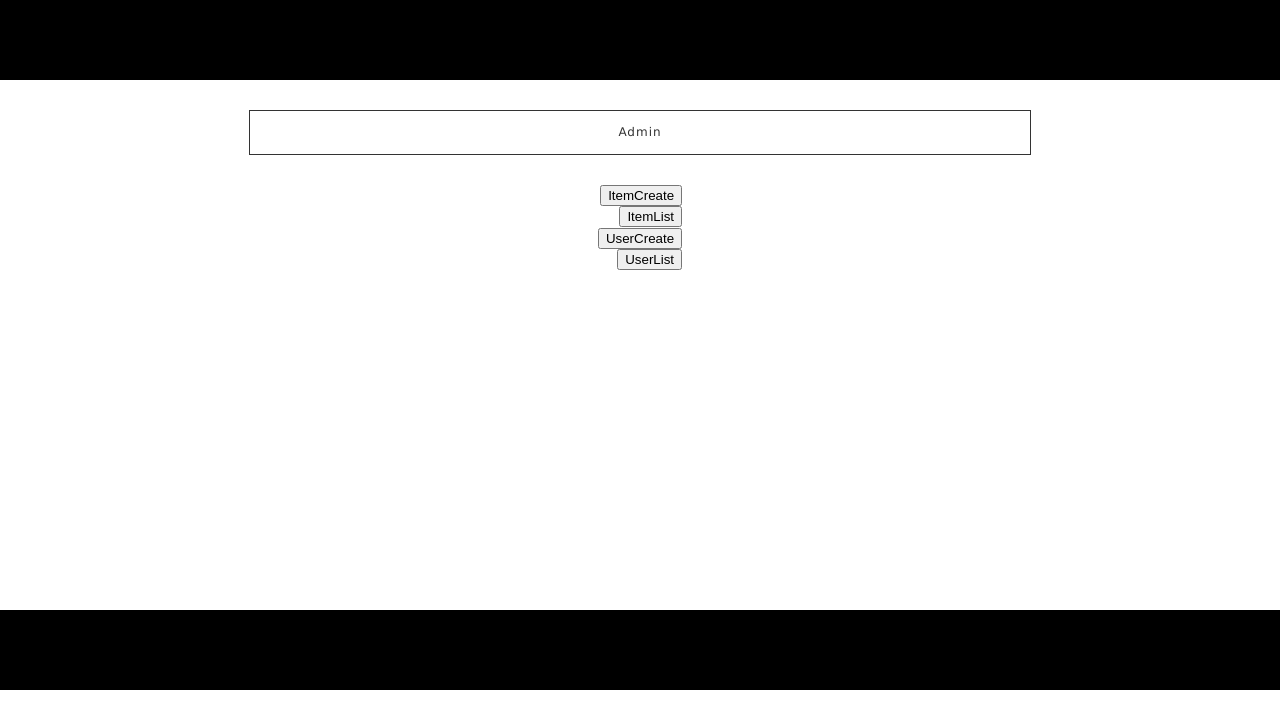
Repository: user-yo-yo/test
Page: http://localhost/ecsite2/admin.jsp
An editor plug-in stored every save of this project. The page is shown before and after the next save, followed by the edit.
The browser window is 1280 px wide. The pictures show the whole page.
The page is served by Tomcat 9. Other server files are loaded and not shown.

Above is the page before, as saved 2019-03-22 05:29:17.

### ecsite2/WebContent/admin.jsp
<%@ page language="java" contentType="text/html; charset=UTF-8"
	pageEncoding="UTF-8"%>
<%@ taglib prefix="s" uri="/struts-tags"%>
<!DOCTYPE html>
<html>
<head>
<meta http-equiv="Content-Type" content="text/html; charset=UTF-8" />
<meta http-equiv="Content-Style-Type" content="text/css" />
<meta http-equiv="Content-Script-Type" content="text/javascript" />
<meta http-equiv="imagetoolbar" content="no" />
<meta name="description" content="" />
<meta name="keywords" content="" />
<title>Admin画面</title>

<style type="text/css">
/* ========TAG LAYOUT======== */
body {
	margin: 0;
	padding: 0;
	line-height: 1.6;
	letter-spacing: 1px;
	font-family: Verdana, Helvetica, sans-serif;
	font-size: 12px;
	color: #333;
	background: #fff;
}

table {
	text-align: center;
	margin: 0 auto;
}

/* ========ID LAYOUT======== */
#top {
	width: 780px;
	margin: 30px auto;
	border: 1px solid #333;
}

#header {
	width: 100%;
	height: 80px;
	background-color: black;
}

#main {
	width: 100%;
	height: 500px;
	text-align: center;
}

#footer {
	width: 100%;
	height: 80px;
	background-color: black;
	clear: both;
}

#text-center {
	display: inline-block;
	text-align: center;
}
</style>

</head>
<body>
	<div id="header">
		<div id="pr"></div>
	</div>
	<div id="main">
		<div id="top">
			<p>Admin</p>
		</div>
		<div id="text-center">
<%-- 		<s:form action="ItemCreateAction"> --%>
				<s:submit value="ItemCreate" />
<%-- 		</s:form> --%>
<%-- 		<s:form action="ItemListAction"> --%>
				<s:submit value="ItemList" />
<%-- 		</s:form> --%>
<%-- 		<s:form action="UserCreateAction"> --%>
				<s:submit value="UserCreate" />
<%-- 		</s:form> --%>
<%-- 		<s:form action="UserListAction"> --%>
				<s:submit value="UserList" />
<%-- 		</s:form> --%>
		</div>
	</div>
	<div id="footer">
		<div id="pr">
		</div>
	</div>
</body>
</html>

After the next save:
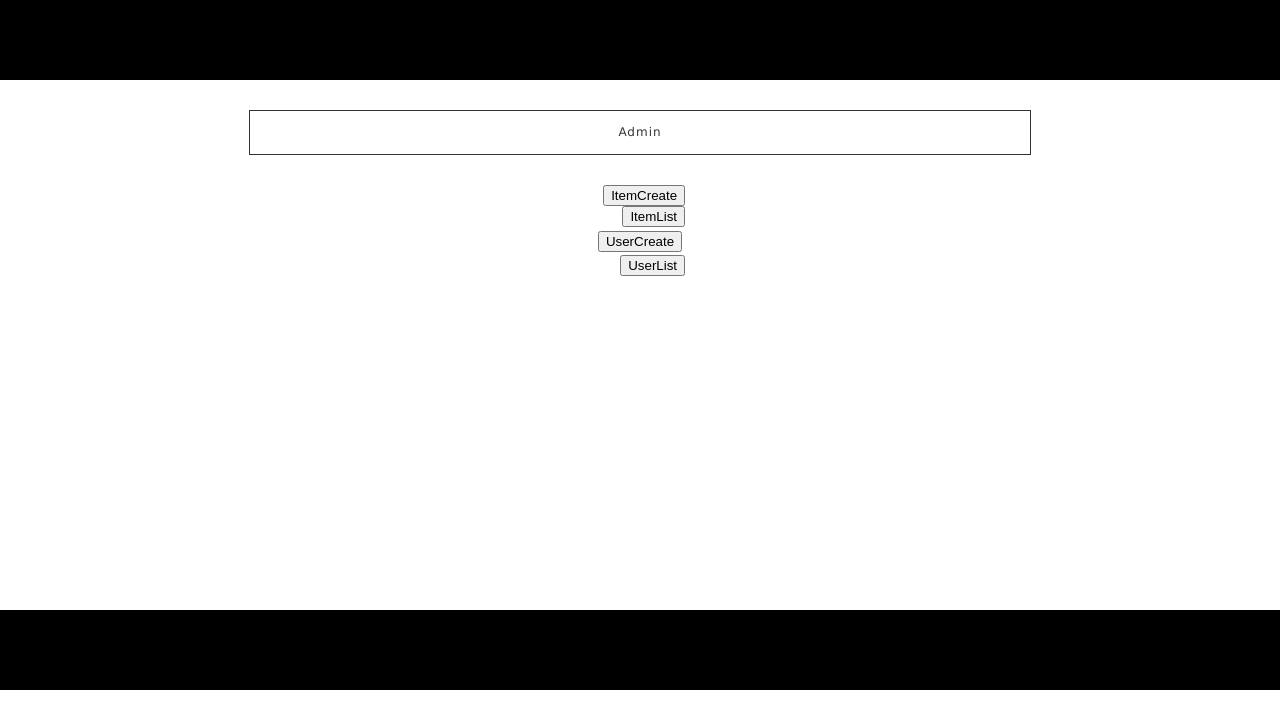
Saved 41 s later.
--- a/ecsite2/WebContent/admin.jsp
+++ b/ecsite2/WebContent/admin.jsp
@@ -78,9 +78,9 @@
 <%-- 		<s:form action="ItemListAction"> --%>
 				<s:submit value="ItemList" />
 <%-- 		</s:form> --%>
-<%-- 		<s:form action="UserCreateAction"> --%>
+		<s:form action="UserCreateAction">
 				<s:submit value="UserCreate" />
-<%-- 		</s:form> --%>
+		</s:form>
 <%-- 		<s:form action="UserListAction"> --%>
 				<s:submit value="UserList" />
 <%-- 		</s:form> --%>
